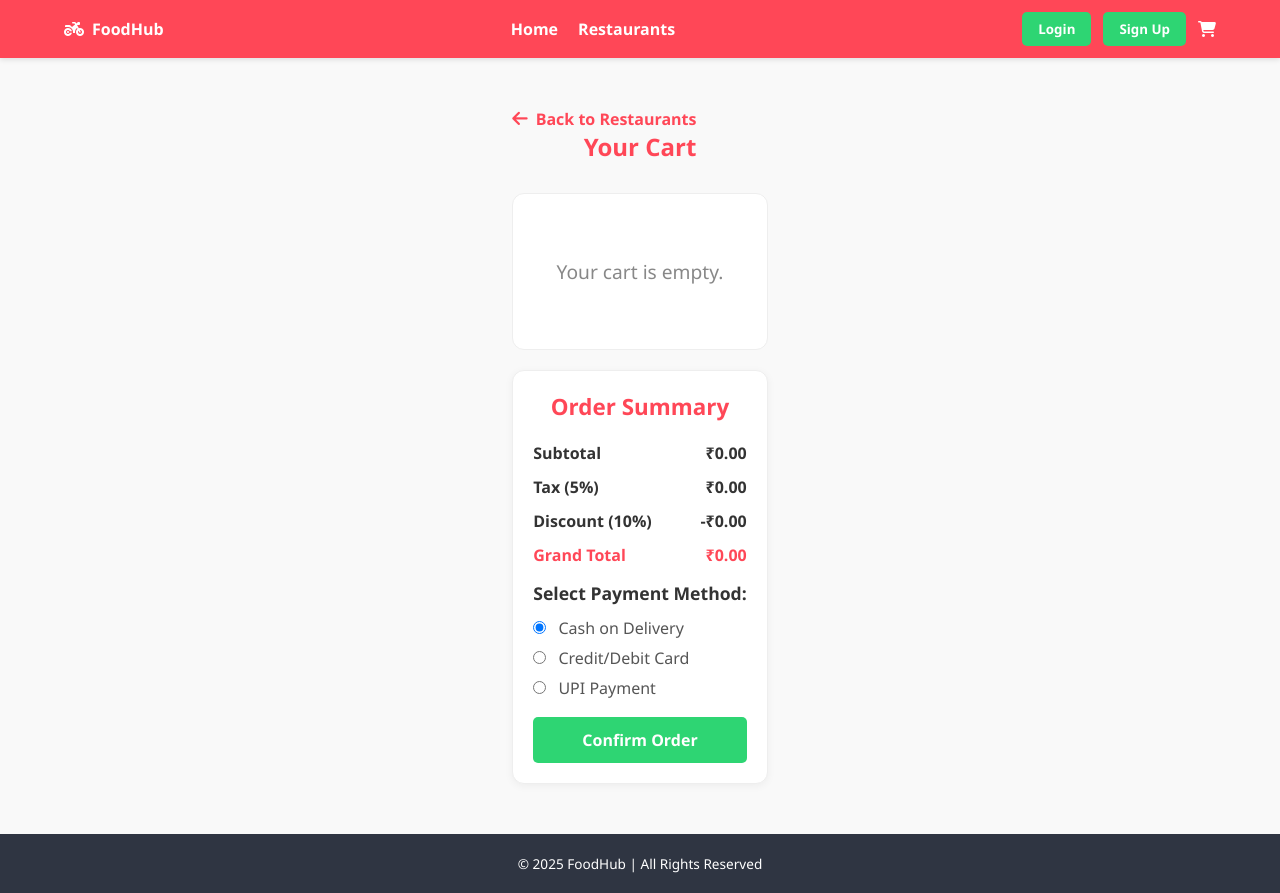
Repository: srinithiashoka/FoodDeliveryApp
Page: http://localhost/FoodDeliveryApp/cart.jsp
These files come from the project's save history. The page is drawn as it stood at one moment and after the next save; the edit follows.
The browser window is 1280 px wide. The pictures show the whole page.
The page is served by Tomcat 10. Other server files are loaded and not shown. Queries for data that is not in the repository find no rows.

Above is the page before, as saved 2025-12-03 15:39:04.

### FoodDeliveryApp/src/main/webapp/cart.jsp
<%@ page language="java" contentType="text/html; charset=UTF-8" pageEncoding="UTF-8"%>
<%@ page import="java.util.List" %>
<%@ page import="com.foodapp.model.CartItem" %>
<%@ page import="com.foodapp.dao.impl.CartDAOImpl" %>
<%@ page import="com.foodapp.dao.impl.MenuDAOImpl" %>
<%@ page import="com.foodapp.model.Menu" %>
<%@ page import="com.foodapp.model.User" %>

<%
    CartDAOImpl cartDAO = new CartDAOImpl();
    MenuDAOImpl menuDAO = new MenuDAOImpl();

    User user = (User) session.getAttribute("user");
    Integer userId = (user != null) ? user.getUserId() : 0;

    List<CartItem> cartItems = cartDAO.getCartByUser(userId);

    double subtotal = 0;
    for(CartItem item : cartItems){
        subtotal += item.getPrice() * item.getQuantity();
    }
    double tax = subtotal * 0.05;
    double discount = subtotal * 0.1;
    double grandTotal = subtotal + tax - discount;
%>

<!DOCTYPE html>
<html lang="en">
<head>
<meta charset="UTF-8">
<meta name="viewport" content="width=device-width, initial-scale=1.0">
<title>FoodHub - Your Cart</title>
<link rel="stylesheet" href="https://cdnjs.cloudflare.com/ajax/libs/font-awesome/6.5.0/css/all.min.css">
<link rel="stylesheet" href="css/cart.css">
</head>
<body>

<!-- Toast -->
<div id="toast"></div>

<header>
    <div class="container">
        <div class="navbar">
            <div class="logo">
                <i class="fa-solid fa-motorcycle"></i>
                <span>FoodHub</span>
            </div>
            <ul class="nav-menu">
                <li><a href="home.jsp">Home</a></li>
                <li><a href="home.jsp">Restaurants</a></li>
            </ul>
            <div class="nav-actions">
                <% if(user == null){ %>
                    <button onclick="location.href='login.jsp'" class="btn btn-login">Login</button>
                    <button onclick="location.href='signup.jsp'" class="btn btn-signup">Sign Up</button>
                <% } else { %>
                    <span>Welcome, <%= user.getUsername() %></span>
                <% } %>
                <div class="cart-icon-wrapper">
                    <a href="cart.jsp" title="View Cart">
                        <i class="fas fa-shopping-cart"></i>
                    </a>
                    <% if(cartItems.size() > 0) { %>
                        <span class="cart-badge"><%= cartItems.size() %></span>
                    <% } %>
                </div>
            </div>
        </div>
    </div>
</header>

<div class="cart-container">
    <a href="home.jsp" class="back-link"><i class="fa fa-arrow-left"></i> Back to Restaurants</a>
    <h2>Your Cart</h2>

    <% if(cartItems.isEmpty()){ %>
        <p class="empty-cart">Your cart is empty.</p>
    <% } else {
        for(CartItem item : cartItems){
            Menu menu = menuDAO.getMenuItemById(item.getMenuId());
            String imagePath = (menu != null && menu.getImagePath() != null && !menu.getImagePath().isEmpty())
                               ? menu.getImagePath()
                               : "images/default-food.jpg";
    %>
            <div class="cart-item" data-menu-id="<%= item.getMenuId() %>">
                <div class="cart-image">
                    <img src="<%= request.getContextPath() + "/" + imagePath %>"
                         alt="<%= item.getFoodName() %>"
                         onerror="this.src='<%= request.getContextPath() %>/images/default-food.jpg'"
                         style="width: 80px; height: 80px; object-fit: cover;">
                </div>
                <div class="cart-content">
                    <div class="cart-header">
                        <h3><%= item.getFoodName() %></h3>
                        <div class="cart-price" data-price="<%= item.getPrice() %>">₹<%= item.getPrice() %></div>
                    </div>
                    <div class="quantity-controls">
                        <button class="qty-btn decrease">-</button>
                        <input type="number" class="quantity-input" value="<%= item.getQuantity() %>" min="1" max="99">
                        <button class="qty-btn increase">+</button>
                        <button class="btn-remove">Remove</button>
                    </div>
                </div>
            </div>
    <% }} %>

    <div class="cart-summary">
        <h3>Order Summary</h3>
        <div class="summary-row">Subtotal <span id="subtotal">₹<%= String.format("%.2f", subtotal) %></span></div>
        <div class="summary-row">Tax (5%) <span id="tax">₹<%= String.format("%.2f", tax) %></span></div>
        <div class="summary-row">Discount (10%) <span id="discount">-₹<%= String.format("%.2f", discount) %></span></div>
        <div class="summary-row grand-total">Grand Total <span id="grandTotal">₹<%= String.format("%.2f", grandTotal) %></span></div>

        <div class="payment-method">
            <h4>Select Payment Method:</h4>
            <label><input type="radio" name="payment" value="cash" checked> Cash on Delivery</label>
            <label><input type="radio" name="payment" value="card"> Credit/Debit Card</label>
            <label><input type="radio" name="payment" value="upi"> UPI Payment</label>
        </div>

        <button class="checkout-btn" onclick="confirmOrder()">Confirm Order</button>
    </div>
</div>

<footer>
    <p>© 2025 FoodHub | All Rights Reserved</p>
</footer>

<script>
// Toast function
function showToast(message) {
    const toast = document.getElementById("toast");
    toast.textContent = message;
    toast.className = "show";
    setTimeout(() => {
        toast.className = toast.className.replace("show", "");
    }, 3000);
}

// Update totals
function updateTotals() {
    let subtotal = 0;
    document.querySelectorAll('.cart-item').forEach(item => {
        const qty = parseInt(item.querySelector('.quantity-input').value) || 0;
        const price = parseFloat(item.querySelector('.cart-price').dataset.price) || 0;
        subtotal += qty * price;
    });
    const tax = subtotal * 0.05;
    const discount = subtotal * 0.1;
    const grandTotal = subtotal + tax - discount;

    document.getElementById('subtotal').textContent = '₹' + subtotal.toFixed(2);
    document.getElementById('tax').textContent = '₹' + tax.toFixed(2);
    document.getElementById('discount').textContent = '-₹' + discount.toFixed(2);
    document.getElementById('grandTotal').textContent = '₹' + grandTotal.toFixed(2);
}

// Update cart quantity to server
function updateCartServer(menuId, quantity) {
    fetch('<%= request.getContextPath() %>/updateCart', {
        method: 'POST',
        headers: {'Content-Type': 'application/x-www-form-urlencoded'},
        body: `menuId=${menuId}&quantity=${quantity}`
    }).catch(err => console.error('Cart update failed:', err));
}

// Confirm Order
function confirmOrder() {
    const payment = document.querySelector('input[name="payment"]:checked').value;
    fetch('<%= request.getContextPath() %>/confirmOrder', {
        method: 'POST',
        headers: {'Content-Type': 'application/x-www-form-urlencoded'},
        body: `payment=${payment}`
    })
    .then(response => {
        if(response.ok){
            showToast("Order placed successfully!");
            setTimeout(() => {
                window.location.href = '<%= request.getContextPath() %>/trackorder.jsp';
            }, 1200);
        } else {
            showToast("Order failed. Please try again.");
        }
    }).catch(err => {
        console.error('Order request failed:', err);
        showToast("Order failed. Please try again.");
    });
}

// Quantity and Remove Button Events
document.addEventListener('DOMContentLoaded', function() {
    document.querySelectorAll('.cart-item').forEach(item => {
        const qtyInput = item.querySelector('.quantity-input');

        item.querySelector('.increase').addEventListener('click', () => {
            let currentQty = parseInt(qtyInput.value) || 1;
            qtyInput.value = currentQty + 1;
            updateTotals();
            updateCartServer(item.dataset.menuId, qtyInput.value);
        });
        item.querySelector('.decrease').addEventListener('click', () => {
            let currentQty = parseInt(qtyInput.value) || 1;
            if(currentQty > 1) {
                qtyInput.value = currentQty - 1;
                updateTotals();
                updateCartServer(item.dataset.menuId, qtyInput.value);
            }
        });
        item.querySelector('.btn-remove').addEventListener('click', () => {
            updateCartServer(item.dataset.menuId, 0);
            item.style.opacity = '0.5';
            setTimeout(() => item.remove(), 300);
            updateTotals();
        });
        qtyInput.addEventListener('change', () => {
            let qty = parseInt(qtyInput.value) || 1;
            if(qty < 1) qty = 1;
            if(qty > 99) qty = 99;
            qtyInput.value = qty;
            updateTotals();
            updateCartServer(item.dataset.menuId, qty);
        });
    });
});
</script>

</body>
</html>

### FoodDeliveryApp/src/main/java/com/foodapp/dao/impl/MenuDAOImpl.java
package com.foodapp.dao.impl;

import com.foodapp.dao.MenuDAO;
import com.foodapp.model.Menu;
import com.foodapp.util.DBConnection;

import java.sql.*;
import java.util.ArrayList;
import java.util.List;

public class MenuDAOImpl implements MenuDAO {

    @Override
    public boolean addMenuItem(Menu menu) {
        String sql = "INSERT INTO menu (restaurantId, itemName, description, price, isAvailable, imagePath) VALUES (?, ?, ?, ?, ?, ?)";
        try (Connection conn = DBConnection.getConnection();
             PreparedStatement ps = conn.prepareStatement(sql)) {
            ps.setInt(1, menu.getRestaurantId());
            ps.setString(2, menu.getItemName());
            ps.setString(3, menu.getDescription());
            ps.setDouble(4, menu.getPrice());
            ps.setBoolean(5, menu.isAvailable());
            ps.setString(6, menu.getImagePath());
            return ps.executeUpdate() > 0;
        } catch (SQLException e) { e.printStackTrace(); }
        return false;
    }

    @Override
    public boolean updateMenuItem(Menu menu) {
        String sql = "UPDATE menu SET restaurantId=?, itemName=?, description=?, price=?, isAvailable=?, imagePath=? WHERE menuId=?";
        try (Connection conn = DBConnection.getConnection();
             PreparedStatement ps = conn.prepareStatement(sql)) {
            ps.setInt(1, menu.getRestaurantId());
            ps.setString(2, menu.getItemName());
            ps.setString(3, menu.getDescription());
            ps.setDouble(4, menu.getPrice());
            ps.setBoolean(5, menu.isAvailable());
            ps.setString(6, menu.getImagePath());
            ps.setInt(7, menu.getMenuId());
            return ps.executeUpdate() > 0;
        } catch (SQLException e) { e.printStackTrace(); }
        return false;
    }

    @Override
    public boolean deleteMenuItem(int menuId) {
        String sql = "DELETE FROM menu WHERE menuId=?";
        try (Connection conn = DBConnection.getConnection();
             PreparedStatement ps = conn.prepareStatement(sql)) {
            ps.setInt(1, menuId);
            return ps.executeUpdate() > 0;
        } catch (SQLException e) { e.printStackTrace(); }
        return false;
    }

    @Override
    public Menu getMenuItemById(int menuId) {
        String sql = "SELECT * FROM menu WHERE menuId=?";
        try (Connection conn = DBConnection.getConnection();
             PreparedStatement ps = conn.prepareStatement(sql)) {
            ps.setInt(1, menuId);
            ResultSet rs = ps.executeQuery();
            if (rs.next()) return extractMenu(rs);
        } catch (SQLException e) { e.printStackTrace(); }
        return null;
    }

    @Override
    public List<Menu> getAllMenuItems() {
        List<Menu> list = new ArrayList<>();
        String sql = "SELECT * FROM menu";
        try (Connection conn = DBConnection.getConnection();
             Statement st = conn.createStatement();
             ResultSet rs = st.executeQuery(sql)) {
            while (rs.next()) list.add(extractMenu(rs));
        } catch (SQLException e) { e.printStackTrace(); }
        return list;
    }

    @Override
    public List<Menu> getMenuByRestaurant(int restaurantId) {
        List<Menu> list = new ArrayList<>();
        String sql = "SELECT * FROM menu WHERE restaurantId=?";
        try (Connection conn = DBConnection.getConnection();
             PreparedStatement ps = conn.prepareStatement(sql)) {
            ps.setInt(1, restaurantId);
            ResultSet rs = ps.executeQuery();
            while (rs.next()) list.add(extractMenu(rs));
        } catch (SQLException e) { e.printStackTrace(); }
        return list;
    }

    private Menu extractMenu(ResultSet rs) throws SQLException {
        Menu menu = new Menu();
        menu.setMenuId(rs.getInt("menuId"));
        menu.setRestaurantId(rs.getInt("restaurantId"));
        menu.setItemName(rs.getString("itemName"));
        menu.setDescription(rs.getString("description"));
        menu.setPrice(rs.getDouble("price"));
        menu.setAvailable(rs.getBoolean("isAvailable"));
        menu.setImagePath(rs.getString("imagePath"));
        return menu;
    }
}

### FoodDeliveryApp/src/main/webapp/css/cart.css
/* =======================
   RESET & GENERAL
======================= */
* {
    margin: 0;
    padding: 0;
    box-sizing: border-box;
    font-family: "Segoe UI", Tahoma, Geneva, Verdana, sans-serif;
}
a {
    text-decoration: none;
    color: inherit;
}
body {
    display: flex;
    flex-direction: column;
    min-height: 100vh;
    background: #f9f9f9;
    color: #333;
}
.container {
    width: 90%;
    max-width: 1200px;
    margin: auto;
}

/* =======================
   HEADER
======================= */
header {
    background: #ff4757;
    padding: 12px 0;
    color: white;
    position: sticky;
    top: 0;
    z-index: 100;
    box-shadow: 0 2px 5px rgba(0, 0, 0, 0.1);
}
.navbar {
    display: flex;
    justify-content: space-between;
    align-items: center;
}
.logo {
    display: flex;
    align-items: center;
    gap: 8px;
    font-weight: 700;
    transition: transform 0.5s ease, color 0.5s ease;
}
.logo:hover {
    transform: rotate(-5deg) scale(1.05);
    color: #ffeaa7;
}
.scooter-icon {
    font-size: 28px;
    animation: bounce 2s infinite;
    color: white;
}
@keyframes bounce {
    0%, 100% { transform: translateY(0); }
    50% { transform: translateY(-6px); }
}
.nav-menu {
    display: flex;
    list-style: none;
    gap: 20px;
}
.nav-menu li a {
    font-weight: bold;
    color: white;
    transition: color 0.3s;
}
.nav-menu li a:hover { color: #ffeaa7; }
.nav-actions {
    display: flex;
    align-items: center;
    gap: 12px;
}
.btn {
    padding: 8px 16px;
    border: none;
    border-radius: 5px;
    cursor: pointer;
    font-weight: bold;
    transition: background 0.3s, transform 0.2s;
}
.btn-login, .btn-signup {
    background: #2ed573;
    color: white;
}
.btn-login:hover, .btn-signup:hover {
    background: #26c35e;
    transform: scale(1.05);
}
.cart-icon-wrapper { position: relative; }
.cart-badge {
    position: absolute;
    top: -5px;
    right: -7px;
    background: #ff4757;
    color: white;
    font-size: 12px;
    padding: 2px 6px;
    border-radius: 50%;
}

/* =======================
   CART CONTAINER
======================= */
.cart-container {
    padding: 50px 0;
    max-width: 900px;
    margin: 0 auto;
}
/* Back link container ensures full width and left alignment */
.back-link-container {
    width: 100%;
    padding: 10px 20px; /* adjust horizontal padding as needed */
    background: #f9f9f9;
}

/* Back link styling */
.back-link {
    display: inline-flex;
    align-items: center;
    gap: 8px;
    font-size: 1rem;
    font-weight: 600;
    color: #ff4757; /* red color */
    text-decoration: none;
}
.back-link i { font-size: 1.1rem; }
.back-link:hover { text-decoration: underline; }

/* Cart title */
.cart-container h2 {
    text-align: center;
    color: #ff4757;
    margin-bottom: 30px;
}

/* Empty cart */
.empty-cart {
    text-align: center;
    padding: 4rem 2rem;
    background: #fff;
    border-radius: 12px;
    border: 1px solid #eee;
    color: #888;
    font-size: 1.2rem;
    margin-bottom: 20px;
}

/* Cart items */
.cart-item {
    display: flex;
    align-items: center;
    margin-bottom: 20px;
    padding: 12px;
    border-bottom: 1px solid #eee;
    background: #fff;
    border-radius: 8px;
    transition: box-shadow 0.3s;
}
.cart-item:hover { box-shadow: 0 4px 12px rgba(0,0,0,0.1); }

.cart-image {
    background: #fff;
    padding: 8px;
    border-radius: 12px;
    width: 120px;
    height: 120px;
    flex-shrink: 0;
    display: flex;
    align-items: center;
    justify-content: center;
    margin-right: 20px;
}
.cart-image img {
    width: 100%;
    height: 100%;
    object-fit: cover;
    border-radius: 12px;
}

.cart-content {
    flex: 1;
}
.cart-header {
    display: flex;
    justify-content: space-between;
    align-items: center;
}
.cart-header h3 { margin: 0; font-size: 1.2rem; color: #ff4757; }
.cart-price { font-weight: bold; margin-top: 6px; }

.quantity-controls {
    display: flex;
    align-items: center;
    gap: 8px;
    margin-top: 6px;
    flex-wrap: wrap;
}
.quantity-input {
    width: 40px;
    height: 36px;
    text-align: center;
    border-radius: 5px;
    border: 1px solid #ccc;
    background: #f7f7f7;
    font-size: 0.9rem;
}
.qty-btn {
    border: none;
    background: #ddd;
    padding: 6px 10px;
    border-radius: 5px;
    cursor: pointer;
    font-weight: bold;
    font-size: 0.85rem;
    display: flex;
    align-items: center;
    justify-content: center;
}
.qty-btn:hover { background: #bbb; }
.btn-remove {
    background: #ff6b81;
    color: white;
    border: none;
    padding: 0 12px;
    border-radius: 5px;
    height: 36px;
    display: flex;
    align-items: center;
    justify-content: center;
    cursor: pointer;
    font-weight: bold;
    font-size: 0.85rem;
}
.btn-remove:hover { background: #ff5252; }

/* Cart Summary */
.cart-summary {
    background: #fff;
    padding: 20px;
    border-radius: 12px;
    margin-top: 20px;
    border: 1px solid #eee;
    box-shadow: 0 2px 8px rgba(0,0,0,0.05);
}
.cart-summary h3 {
    text-align: center;
    color: #ff4757;
    margin-bottom: 20px;
    font-size: 1.4rem;
}
.summary-row {
    display: flex;
    justify-content: space-between;
    margin-bottom: 12px;
    font-size: 1rem;
    font-weight: 600;
}
.summary-row:last-child { border-top: 2px solid #eee; padding-top: 12px; font-size: 1.1rem; }
.grand-total { color: #ff4757; font-weight: bold; }

.checkout-btn {
    width: 100%;
    padding: 12px;
    background: #2ed573;
    color: white;
    border: none;
    border-radius: 5px;
    font-weight: bold;
    cursor: pointer;
    font-size: 1rem;
    margin-top: 10px;
    transition: background 0.3s;
}
.checkout-btn:hover { background: #26c35e; }

/* Payment */
.payment-method {
    margin-top: 15px;
}
.payment-method h4 {
    font-size: 1.1rem;
    margin-bottom: 12px;
    color: #333;
    font-weight: 600;
}
.payment-method label {
    font-weight: 500;
    margin-bottom: 8px;
    display: block;
    cursor: pointer;
    color: #555;
}
.payment-method input[type="radio"] { margin-right: 8px; }

/* Footer */
footer {
    background: #2f3542;
    color: white;
    text-align: center;
    padding: 20px 0;
    font-size: 0.85rem;
    margin-top: auto;
}

/* Toast */
#toast {
    visibility: hidden;
    min-width: 150px;
    max-width: 220px;
    background-color: #2ed573;
    color: white;
    text-align: center;
    border-radius: 8px;
    padding: 12px;
    position: fixed;
    z-index: 9999;
    top: 20px;
    right: 20px;
    font-size: 14px;
    opacity: 0;
    transition: opacity 0.3s, visibility 0.3s;
    box-shadow: 0 2px 6px rgba(0,0,0,0.2);
}
#toast.show { visibility: visible; opacity: 1; }

/* RESPONSIVE */
@media (max-width:768px){
    .cart-item { flex-direction: column; align-items: flex-start; }
    .cart-image { width: 100%; height: 200px; margin-bottom: 12px; }
    .quantity-controls { flex-wrap: wrap; gap: 6px; }
    .btn-remove, .checkout-btn { width: 100%; }
    .back-link { font-size: 0.95rem; }
}

Loaded but not shown: FoodDeliveryApp/src/main/java/com/foodapp/dao/impl/CartDAOImpl.java (246 lines, source omitted)

After the next save:
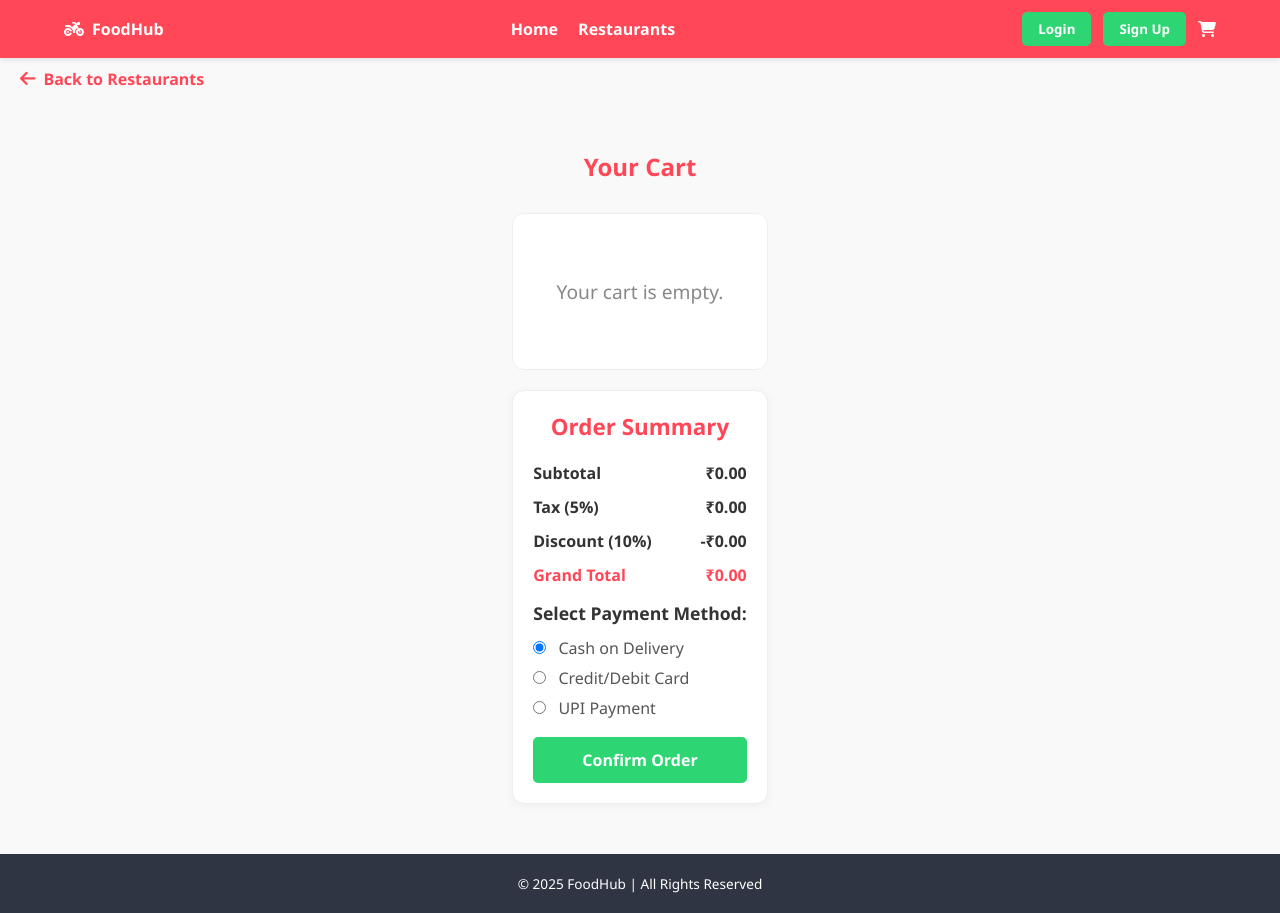
Saved 46 s later.
--- a/FoodDeliveryApp/src/main/webapp/cart.jsp
+++ b/FoodDeliveryApp/src/main/webapp/cart.jsp
@@ -68,10 +68,12 @@
         </div>
     </div>
 </header>
+<div class="back-link-container">
+    <a href="home.jsp" class="back-link"><i class="fa fa-arrow-left"></i> Back to Restaurants</a>
+</div>
 
 <div class="cart-container">
-    <a href="home.jsp" class="back-link"><i class="fa fa-arrow-left"></i> Back to Restaurants</a>
-    <h2>Your Cart</h2>
+    <h2 class="cart-title">Your Cart</h2>
 
     <% if(cartItems.isEmpty()){ %>
         <p class="empty-cart">Your cart is empty.</p>
